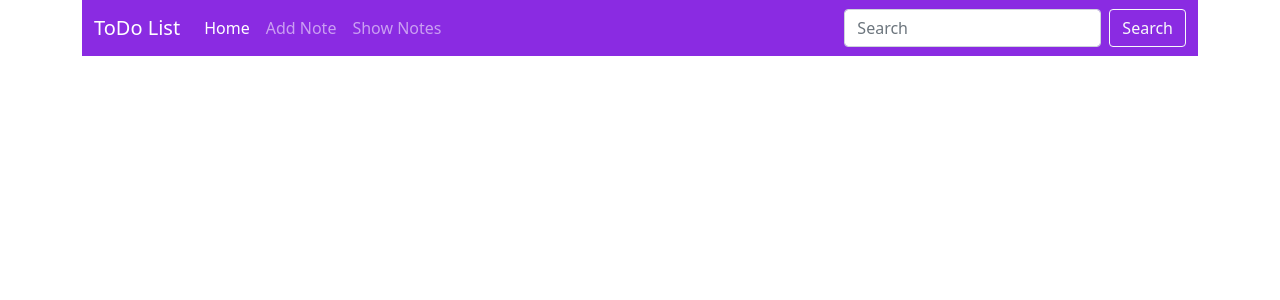
Repository: VishalSalvi17/Hibernate
Page: http://localhost/ToDoList/
The author's editor kept a copy of each file at every save. The page is drawn from the files as they stood at one save, then again after the next save.
The browser window is 1280 px wide. The pictures show the whole page.
The page is served by Tomcat 9.

Above is the page before, as saved 2023-03-16 10:46:20.

After the next save:
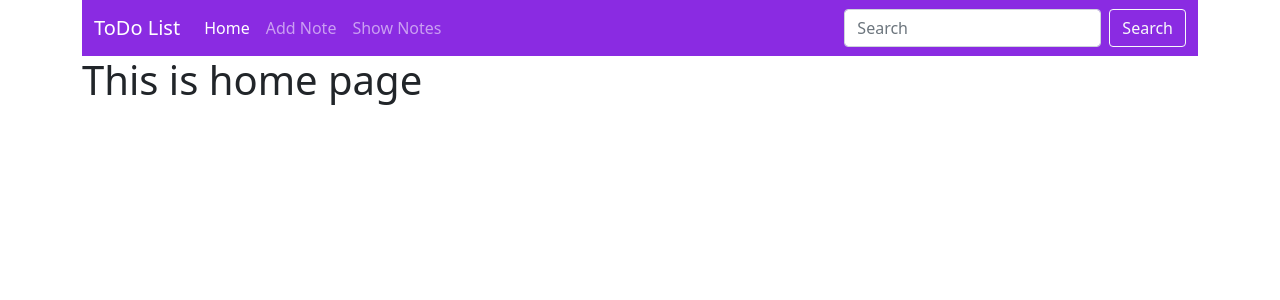
Saved 88 s later.
--- a/ToDoList/src/main/webapp/index.jsp
+++ b/ToDoList/src/main/webapp/index.jsp
@@ -11,6 +11,7 @@
 <body>
 	<div class="container">
 		<%@include file="navbar.jsp"%>
+		<h1>This is home page</h1>
 	</div>
 </body>
 </html>
